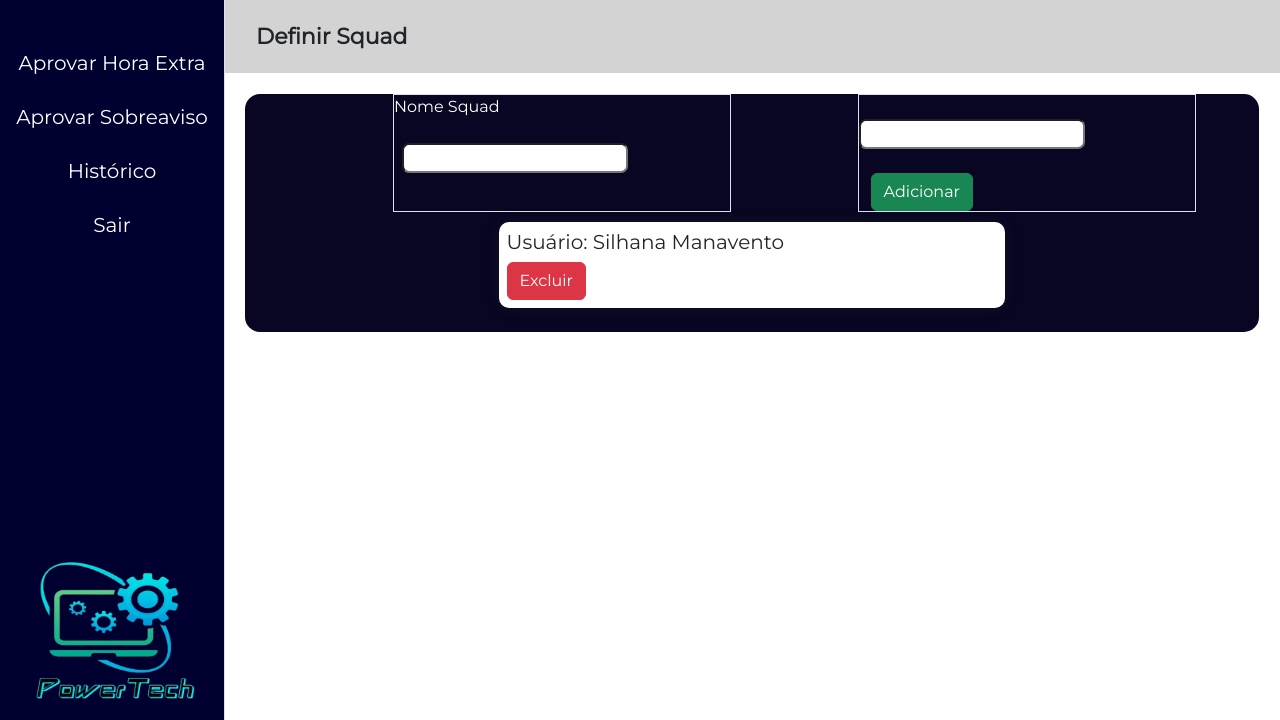
Repository: PowerTech-Fatec/API-2RP-NET
Page: /adm/squad (app in Sprint 3/2rp-web/)
The author's editor kept a copy of each file at every save. The page is drawn from the files as they stood at one save, then again after the next save.
The browser window is 1280 px wide. The pictures show the whole page.
The project was rebuilt for these pictures with package versions that can differ from the ones it lists, and the page was loaded fresh each time. Also part of the build but not shown: Sprint 3/2rp-web/src/pages/login/login.js, Sprint 3/2rp-web/src/pages/home/dashboard.js, Sprint 3/2rp-web/src/pages/home/sobreaviso/sobreaviso.css, Sprint 3/2rp-web/src/pages/home/sobreaviso/sobreaviso.js, Sprint 3/2rp-web/src/pages/home/hora-extra/hora-extra.css, Sprint 3/2rp-web/src/pages/home/hora-extra/hora-extra.js, Sprint 3/2rp-web/src/components/cards/Cards.js, Sprint 3/2rp-web/src/pages/home/gestor/aprovar-hora-extra/gestor.js and 3 more.

Above is the page before, as saved 2022-11-02 16:45:10.

After the next save:
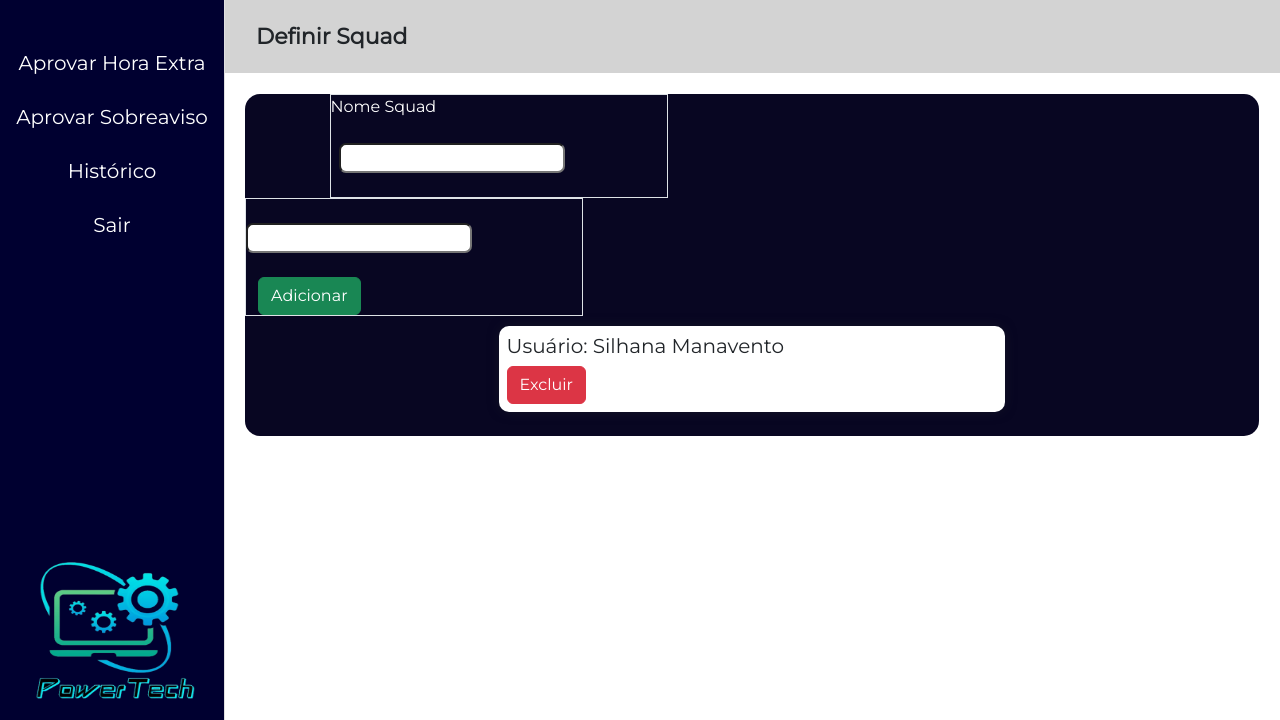
Saved 49 s later.
--- a/Sprint 3/2rp-web/src/pages/home/adm/squad/def-squad.js
+++ b/Sprint 3/2rp-web/src/pages/home/adm/squad/def-squad.js
@@ -15,7 +15,7 @@
           <div className="background d-flex flex-column aling-itens-center">
 
             <div>
-            <div className="col-12 d-flex justify-content-around">
+            <div className="col-12">
             <div className="col-4 offset-1 border">
             <span>
             <label className="font">Nome Squad</label> <input className="squad-name mt-4 mb-4 ml-2"></input>

After the save that followed:
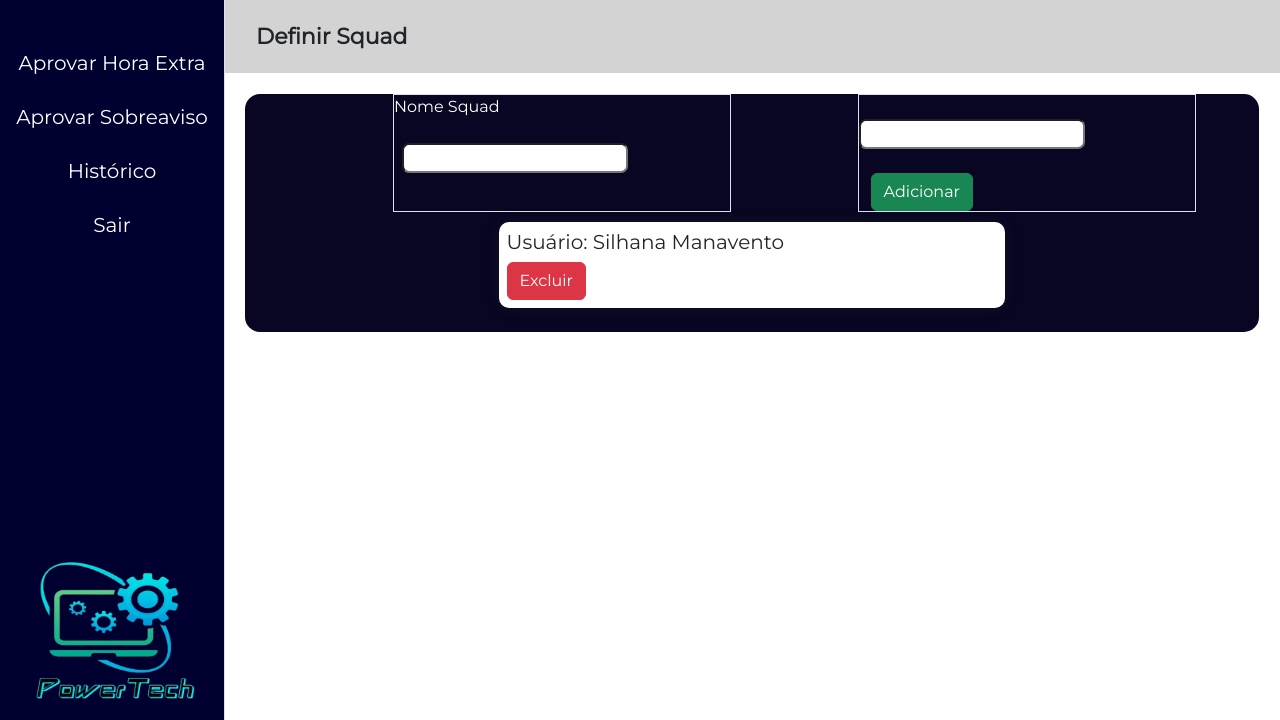
Saved 7 s later.
--- a/Sprint 3/2rp-web/src/pages/home/adm/squad/def-squad.js
+++ b/Sprint 3/2rp-web/src/pages/home/adm/squad/def-squad.js
@@ -15,7 +15,7 @@
           <div className="background d-flex flex-column aling-itens-center">
 
             <div>
-            <div className="col-12">
+            <div className="col-12 d-flex justify-content-around">
             <div className="col-4 offset-1 border">
             <span>
             <label className="font">Nome Squad</label> <input className="squad-name mt-4 mb-4 ml-2"></input>
